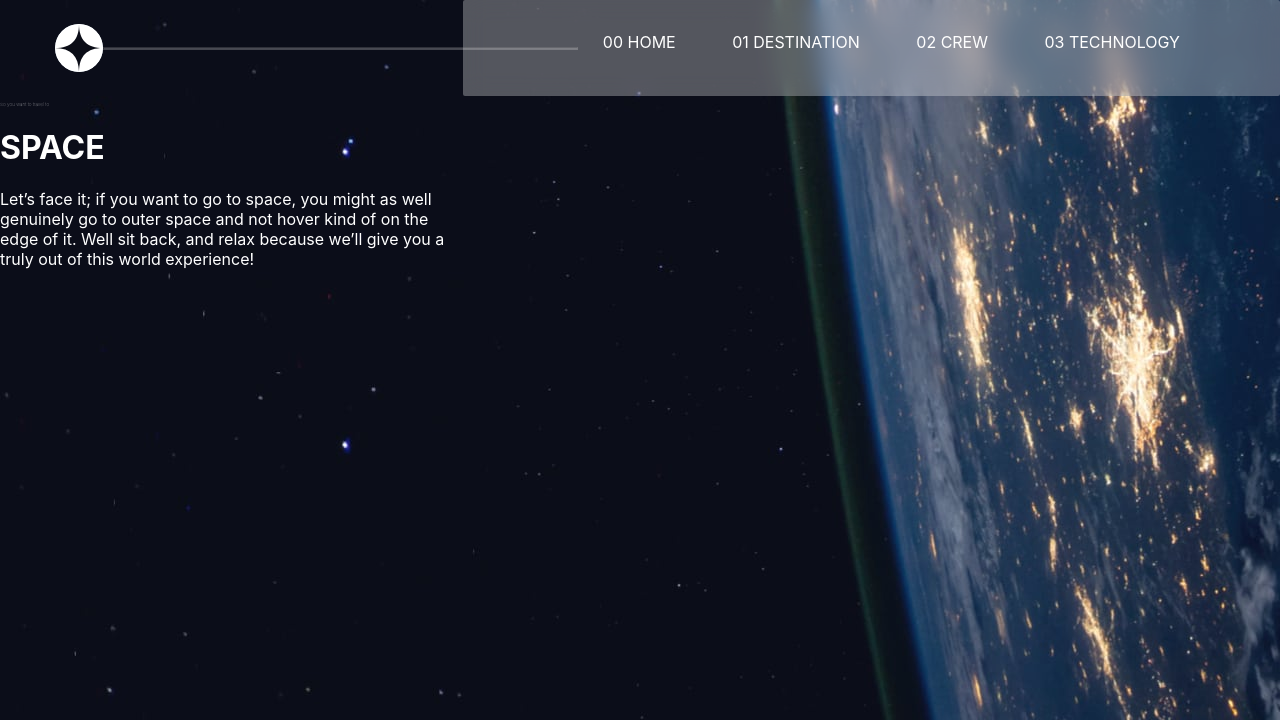
Repository: jhonenmanuel1/FrontEndMentor-MultiPageSpace
Page: /
The author's editor kept a copy of each file at every save. The page is drawn from the files as they stood at one save, then again after the next save.
The browser window is 1280 px wide. The pictures show the whole page.
The project was rebuilt for these pictures with package versions that can differ from the ones it lists, and the page was loaded fresh each time.

Above is the page before, as saved 2022-06-21 16:31:52.

### src/App.js
import './App.css';
import HeaderView from './components/header';
import HomeView from './views/home';


function App() {
  return (
    <div className="App">
      <HeaderView/>
      <HomeView/>

    </div>
  );
}

export default App;

### src/App.css
body{
    background-image: url("../src/components/Images/home/background-home-desktop.jpg");
    background-color: #cccccc;


}

### src/components/header.js
import styles from "../styles/header.module.css"

const HeaderView = ()=>{

    return(
        <div className={styles.wraper}>
            <div className={styles.headerLogo}>
            <svg xmlns="http://www.w3.org/2000/svg" width="48" height="48"><g fill="none" fill-rule="evenodd"><circle cx="24" cy="24" r="24" fill="#FFF"/><path fill="#0B0D17" d="M24 0c0 16-8 24-24 24 15.718.114 23.718 8.114 24 24 0-16 8-24 24-24-16 0-24-8-24-24z"/></g></svg>
            </div>
            <div className={styles.headerLine}>
                <hr />
            </div>
            <div className={styles.headerMenu}>
                 <ul>
                    <li> 00 HOME</li>
                    <li> 01 DESTINATION </li>
                    <li> 02 CREW </li>
                    <li className={styles.lastList}> 03 TECHNOLOGY</li>

                </ul>
            </div>

        </div>
    )
}
export default HeaderView;

### src/views/home.js
import React from "react";
import styles from "../styles/homeview.module.css"

export default function HomeView(){
    return<>
        <div className={styles.homeSpaceTarget}>
            <div>
                <h3 className={styles.homeSpaceTargeth3}>So you want to travel to</h3>
                <h1>SPACE </h1>
                <p>Let’s face it; if you want to go to space, you might as well genuinely go to outer space and not hover kind of on the edge of it. Well sit back, and relax because we’ll give you a truly out of this world experience!</p>
            </div>
        </div>
    </>
}

### src/styles/header.module.css
.wraper {
    display: flex;
    justify-content: space-between;


    background-position: center center;
    background-repeat: no-repeat;
    background-size: cover


}
.headerLogo{
    display: flex;
    justify-content: center;
    align-items: center;


}
.headerLogo svg {
    background-color: aliceblue;
    border-radius: 100%;
    height: 48px;
    width: 48px;
    margin-left: 55px;
}

.headerMenu{
    background-color: rgba(255, 255, 255, 0.3);
    border-radius: 2px;
    text-align: center;
    backdrop-filter: blur(12px);
    -webkit-backdrop-filter: blur(10px);
    width: 830px;
    height: 96px;



}

.headerMenu ul {
    display: flex;
    justify-content:  space-between;
    align-items: center;
    padding-right: 100px;
    margin-left: 100px;
    margin-top: 32px;
    color: white;


}
.headerMenu ul li {
    text-decoration: none;
    list-style: none;

}

.headerLogo{
    color: white;

}
.headerLine {
    display: flex;
    justify-content: center;
    align-items: center;
    margin-right: -9%;
    z-index: 1;

}
.headerLine hr {
    height: 1px;
    background-color: white;
    color: white;
    width: 473px;
    opacity:  25.15%;

}

### src/styles/homeview.module.css
body{
    color: white;
}
.homeSpaceTarget{
    max-width: 461.76px;
    display: flex;
    justify-content: center;
    align-items: center;
}

.homeSpaceTargeth3 {
    font-weight: 1;
    font-size: 4.72px;
}
.homeSpaceTarget  h1{
    font-weight: 0;
}

Loaded but not shown: public/index.html (common file); src/index.js (common file); src/index.css (common file); src/reportWebVitals.js (common file)

After the next save:
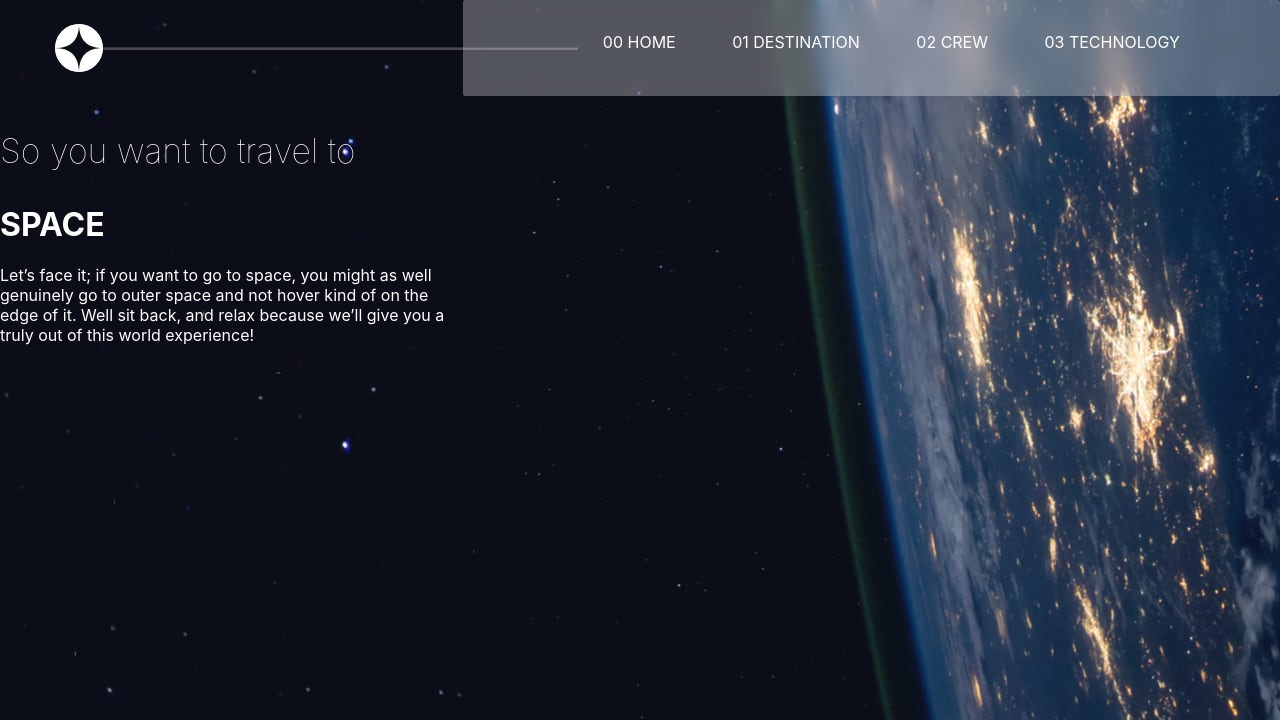
Saved 22 s later.
--- a/src/styles/homeview.module.css
+++ b/src/styles/homeview.module.css
@@ -10,7 +10,7 @@ body{
 
 .homeSpaceTargeth3 {
     font-weight: 1;
-    font-size: 4.72px;
+    font-size: 34px;
 }
 .homeSpaceTarget  h1{
     font-weight: 0;
